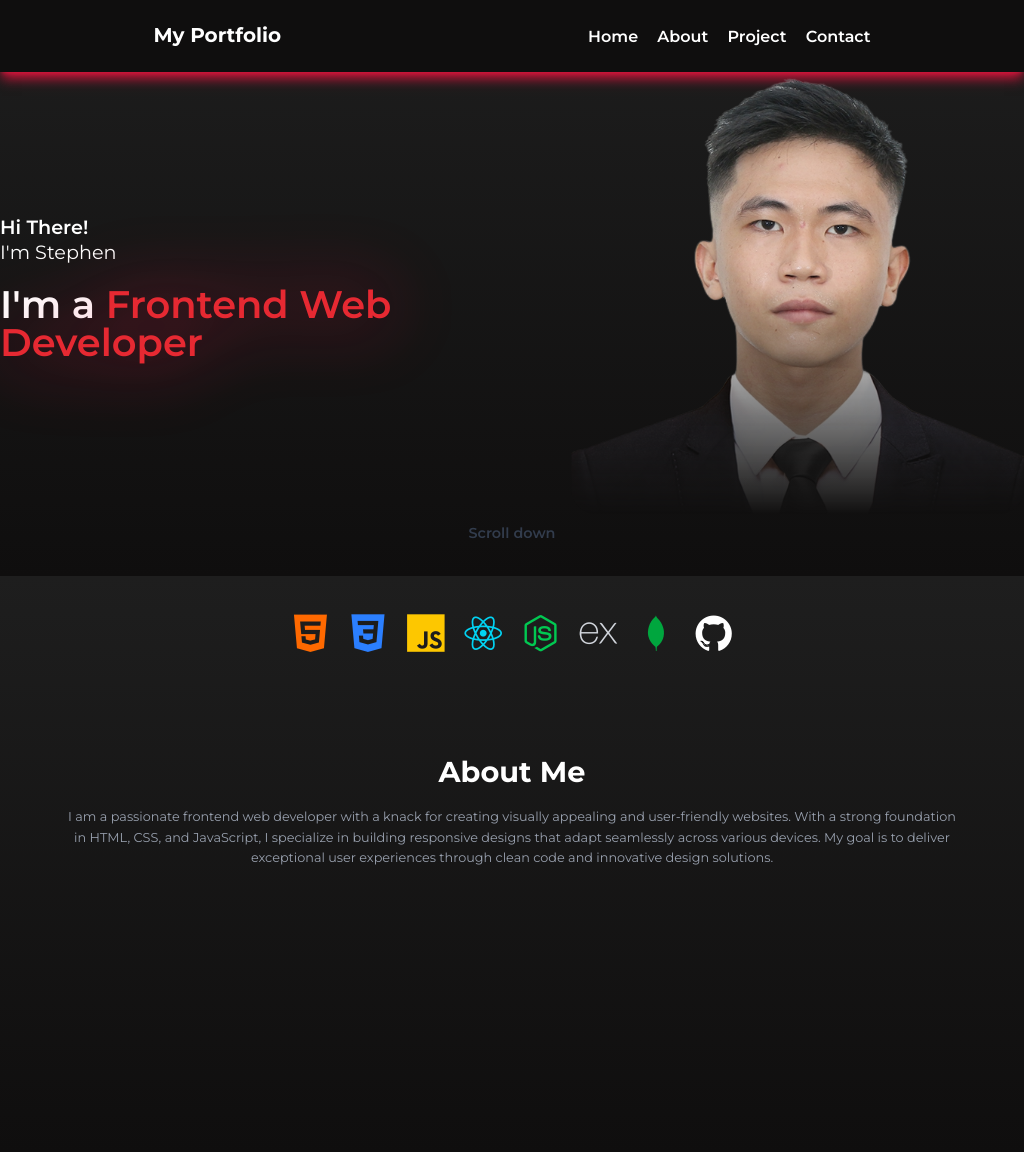
Repository: KaguyaKawaii/portfolio
Page: / (app in frontend/)
These files come from the project's save history. The page is drawn as it stood at one moment and after the next save; the edit follows.
The browser window is 1280 px wide. The pictures show the whole page, at 80% of full size.
Some web libraries are served in a nearby version. The project was rebuilt for these pictures with package versions that can differ from the ones it lists, and the page was loaded fresh each time. Also part of the build but not shown: frontend/vite.config.js.

Above is the page before, as saved 2025-10-28 22:22:05.

After the next save:
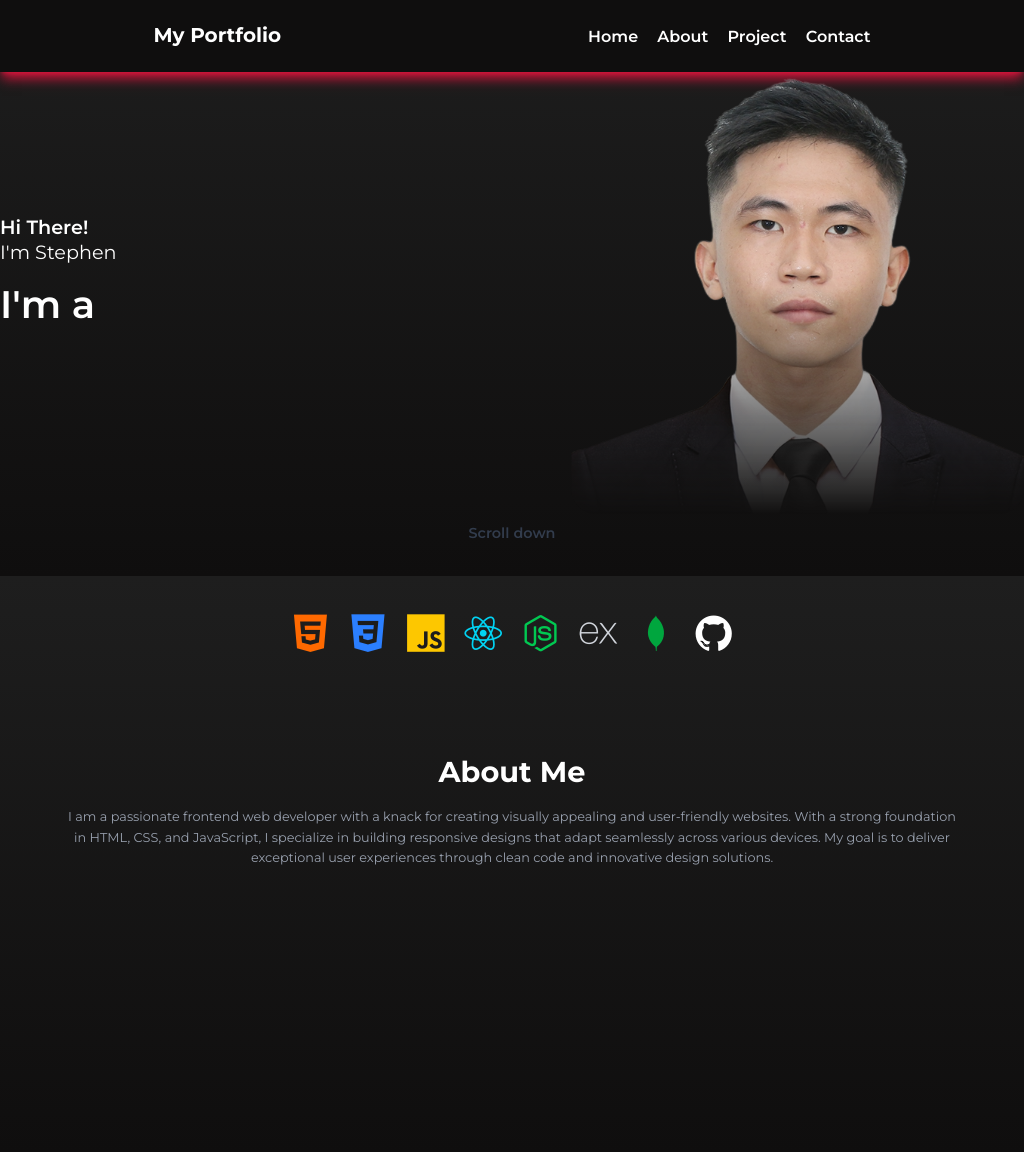
Saved 41 s later.
--- a/frontend/src/App.jsx
+++ b/frontend/src/App.jsx
@@ -27,7 +27,7 @@
               <p>I'm Stephen</p>
             </div>
             <div className='mt-6 animate-fade-in'>
-              <p className='font-semibold text-5xl'>I'm a  <span className="drop-shadow-[0_0_50px_#dc143c] text-red-500 animate-pulse">Frontend Web Developer</span></p>
+              <p className='font-semibold text-5xl'>I'm a  <span className="drop-shadow-[0_0_50px_#dc143c] text-red-500 animate-ping">Frontend Web Developer</span></p>
 
             </div>
           </div>

After the save that followed:
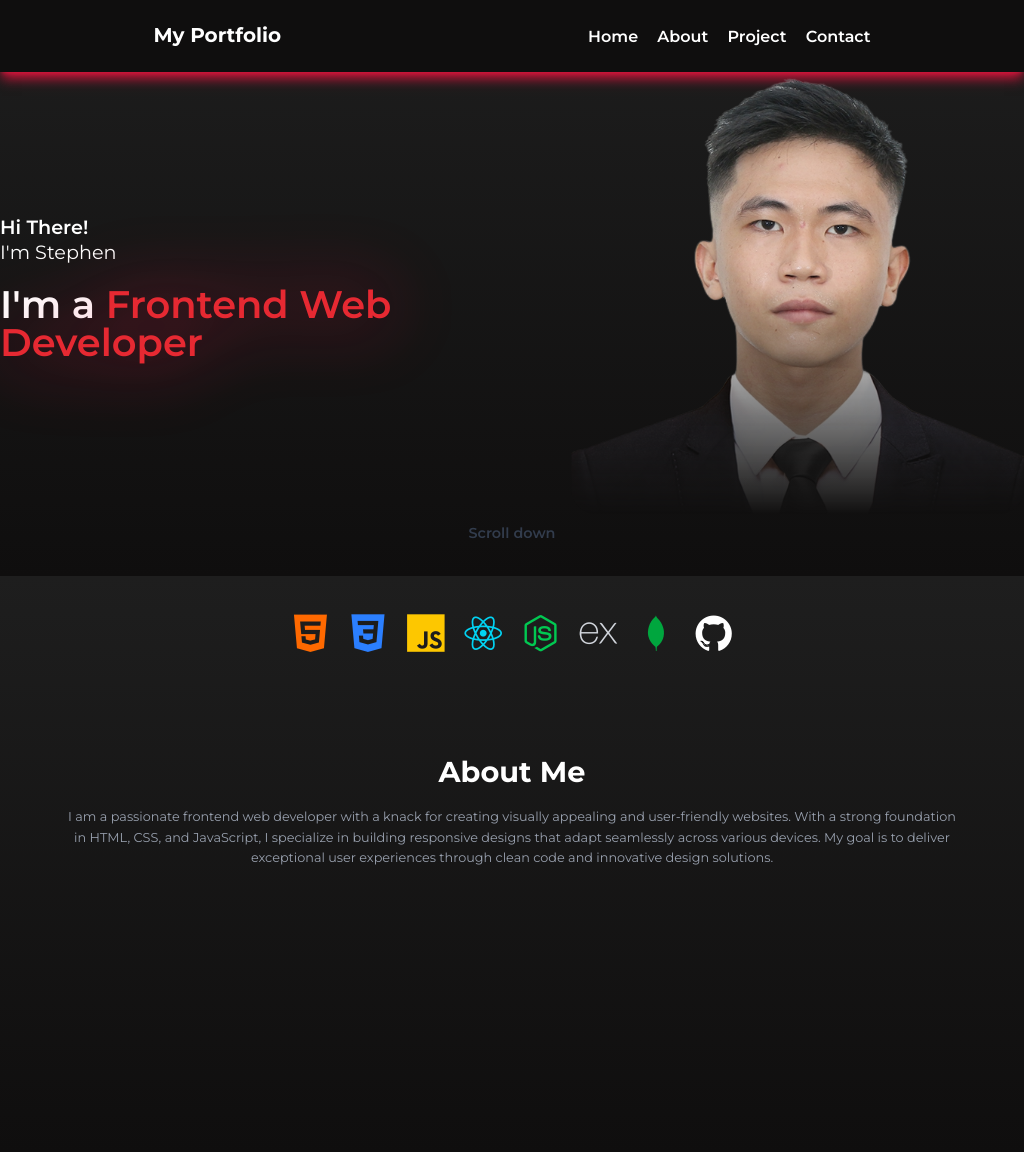
Saved 6 s later.
--- a/frontend/src/App.jsx
+++ b/frontend/src/App.jsx
@@ -27,7 +27,7 @@
               <p>I'm Stephen</p>
             </div>
             <div className='mt-6 animate-fade-in'>
-              <p className='font-semibold text-5xl'>I'm a  <span className="drop-shadow-[0_0_50px_#dc143c] text-red-500 animate-ping">Frontend Web Developer</span></p>
+              <p className='font-semibold text-5xl'>I'm a  <span className="drop-shadow-[0_0_50px_#dc143c] text-red-500 animate-pulse">Frontend Web Developer</span></p>
 
             </div>
           </div>
